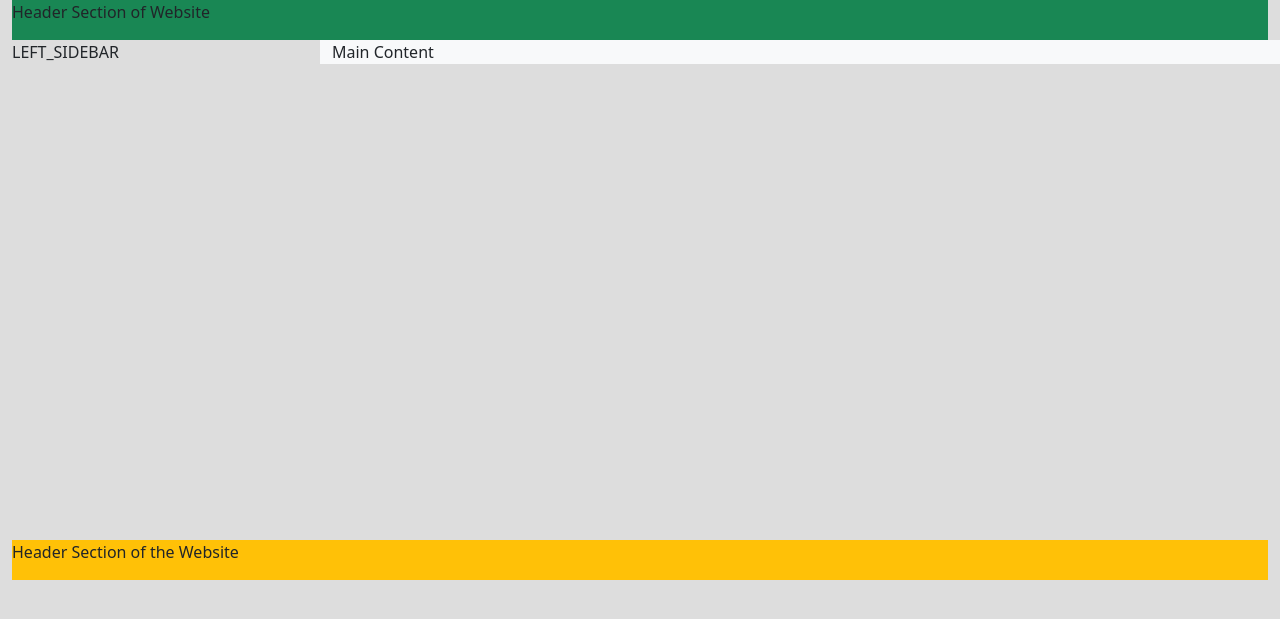
Repository: Dayvid0/BOOTSTRAP-TUTORIALS
Page: BOOTSTRAP-GRID-LAYOUTS/index.html
These files come from the project's save history. The page is drawn as it stood at one moment and after the next save; the edit follows.
The browser window is 1280 px wide. The pictures show the whole page.

Above is the page before, as saved 2025-01-24 10:32:13.

After the next save:
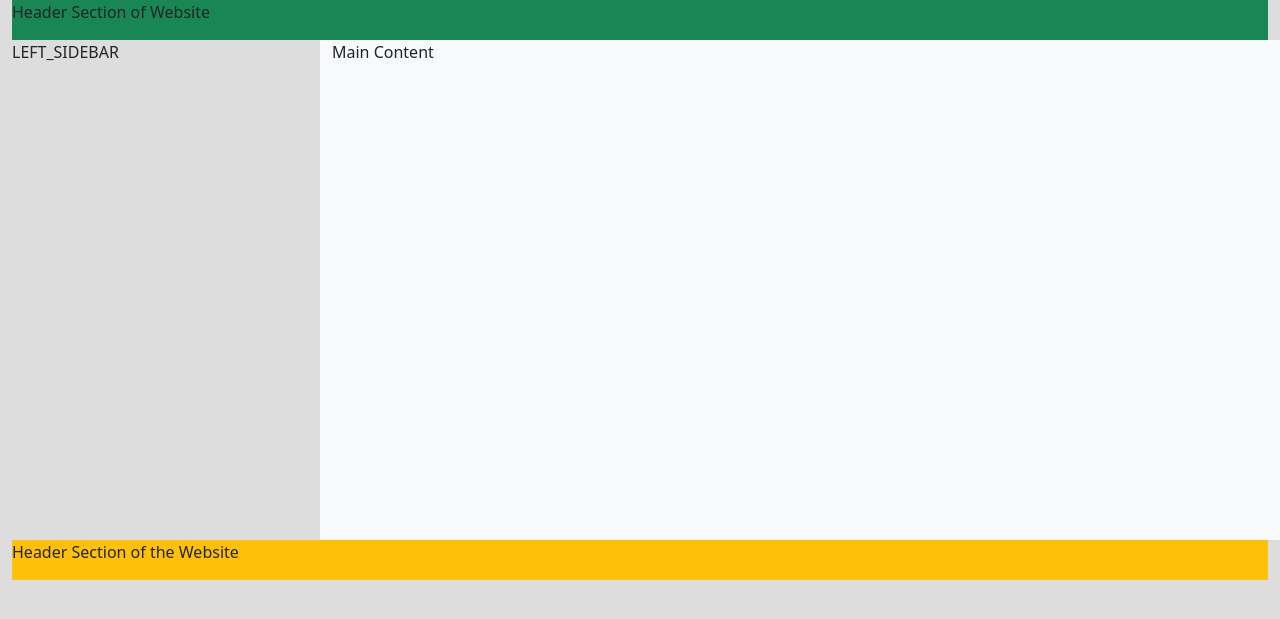
Saved 26 s later.
--- a/BOOTSTRAP-GRID-LAYOUTS/index.html
+++ b/BOOTSTRAP-GRID-LAYOUTS/index.html
@@ -19,7 +19,7 @@
         <div class="col-3 sidebar ">
           LEFT_SIDEBAR
         </div>
-        <div class="col-9 sidebar bg-light">
+        <div class="main-content col-9 sidebar bg-light">
           Main Content
       </div>
     </div>
